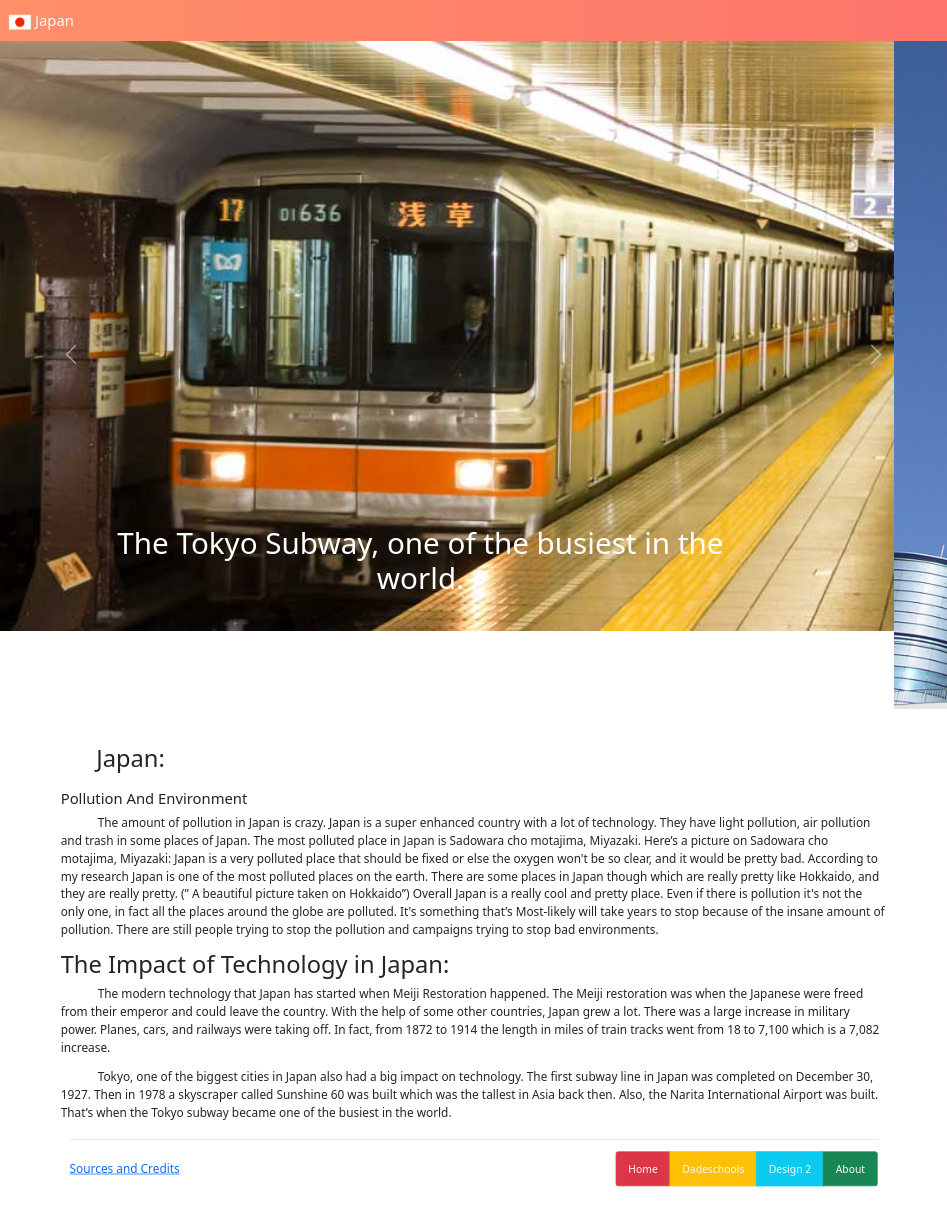
Repository: mrchilliballs/mrchilliballs.github.io
Page: index.html
An editor plug-in stored every save of this project. The page is shown before and after the next save, followed by the edit.
The browser window is 1280 px wide. The pictures show the whole page, at 74% of full size.

Above is the page before, as saved 2021-09-03 16:03:22.

After the next save:
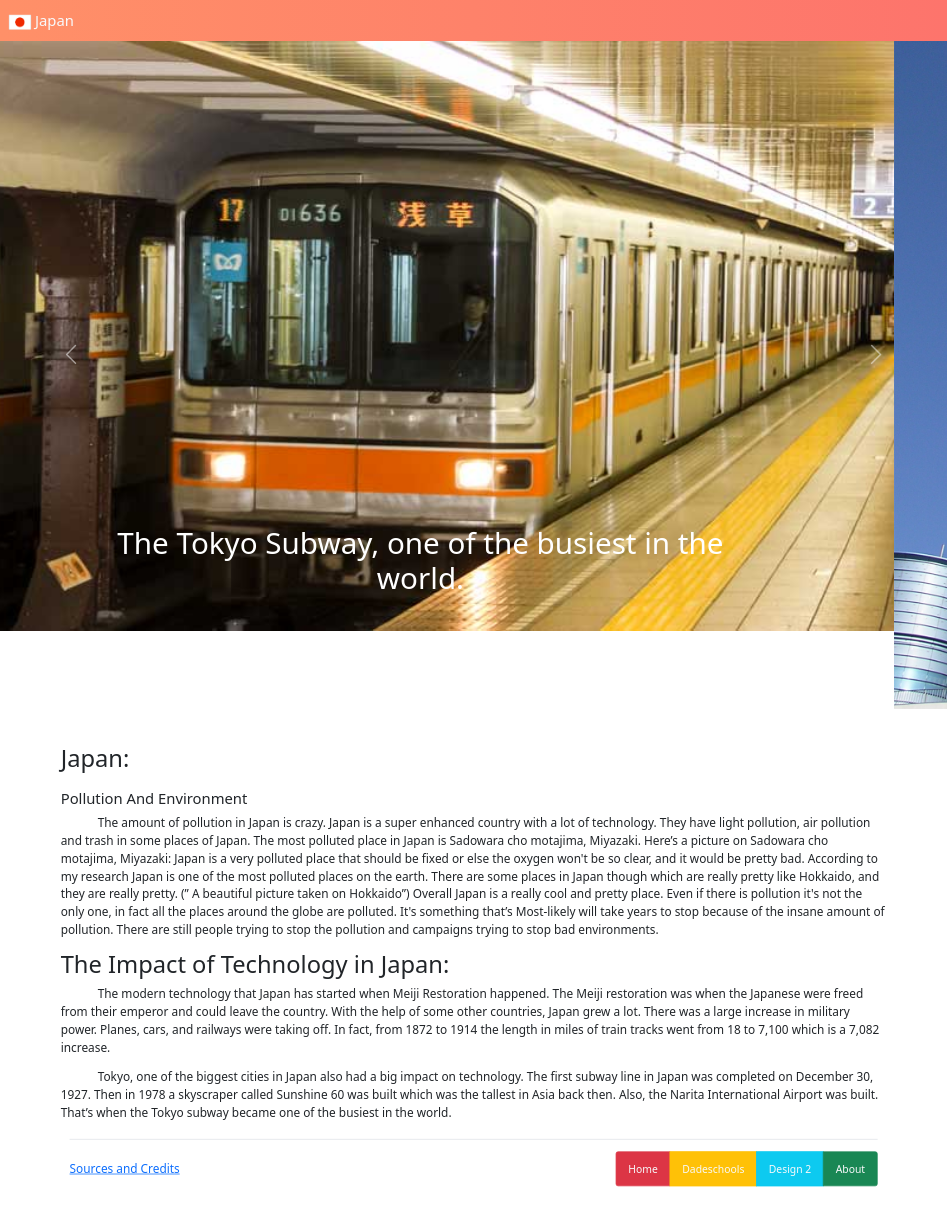
Saved 4 s later.
--- a/index.html
+++ b/index.html
@@ -100,7 +100,7 @@
         </button>
       </div>
     <main class="container">
-        <h2 style="margin-bottom: 0 !important;" class="m-5">Japan:</h2> <br><h5>Pollution And Environment</h5>
+        <h2 style="margin-bottom: 0 !important;" class="mt-5">Japan:</h2> <br><h5>Pollution And Environment</h5>
 
 <p style="text-indent: 50px;">The amount of pollution in Japan is crazy. Japan is a super enhanced country with a lot of technology.
 They have light pollution, air pollution and trash in some places of Japan. The most polluted place in Japan is Sadowara cho motajima, Miyazaki. Here’s a picture on Sadowara cho motajima, Miyazaki:
